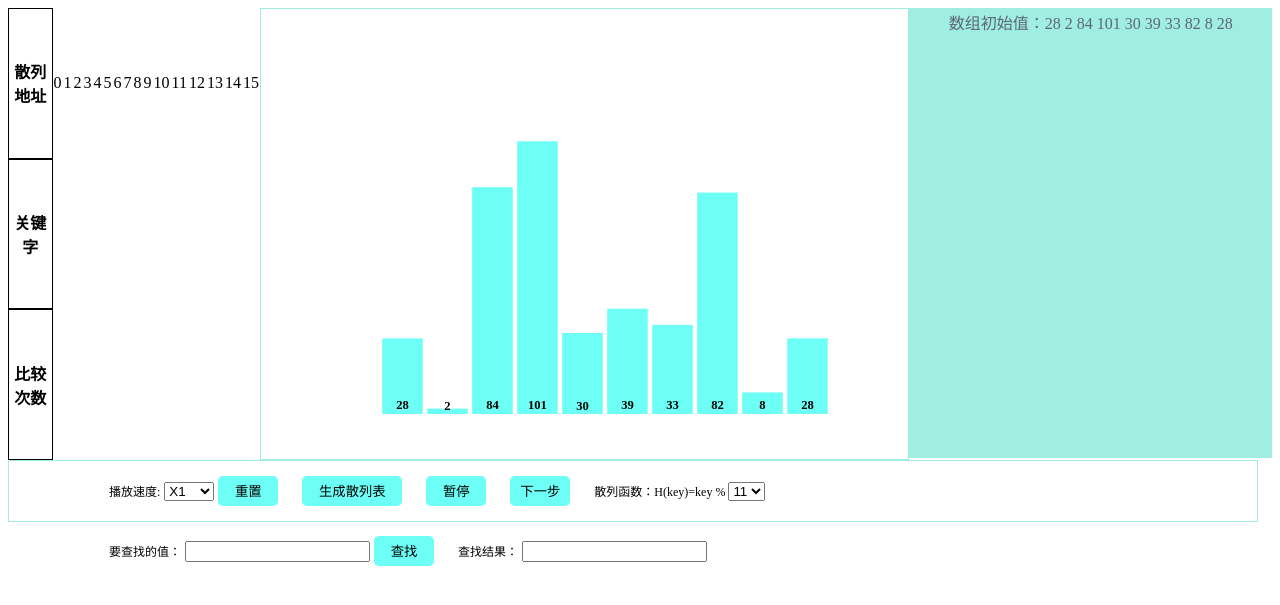
Repository: aaa615/Visualization-of-data-structure-algorithms
Page: dataStructure/WebContent/animation/search/hashSearch/hashSearch.html
The author's editor kept a copy of each file at every save. The page is drawn from the files as they stood at one save, then again after the next save.
The browser window is 1280 px wide. The pictures show the whole page.

Above is the page before, as saved 2021-05-20 04:32:24.

After the next save:
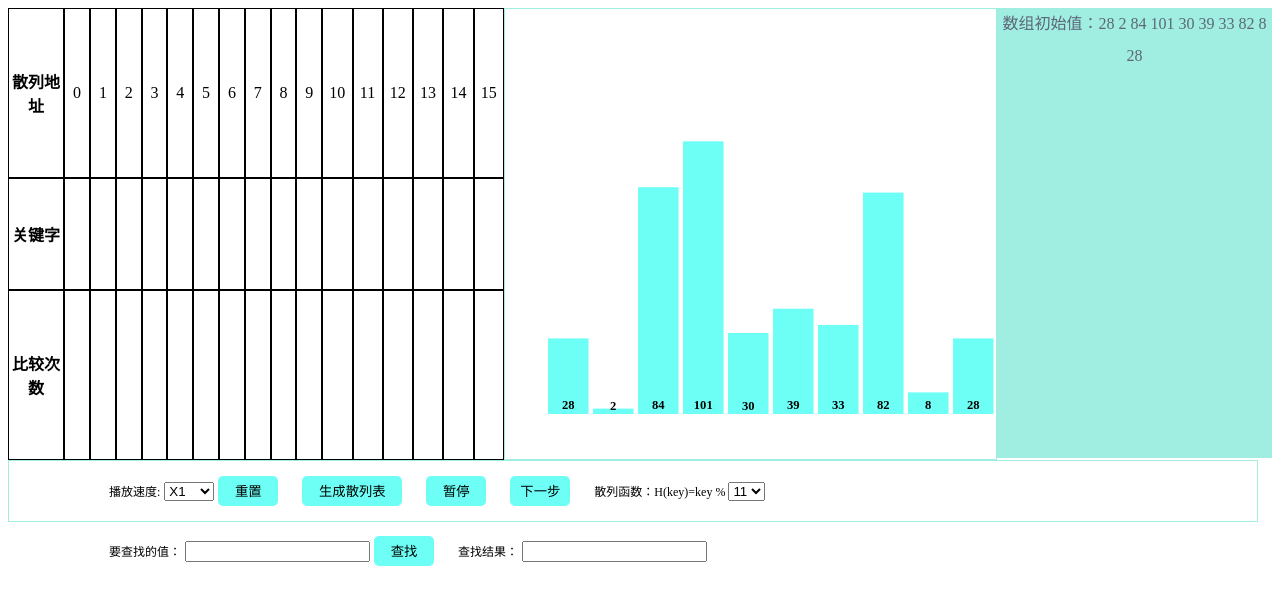
Saved 30 s later.
--- a/dataStructure/WebContent/animation/search/hashSearch/hashSearch.css
+++ b/dataStructure/WebContent/animation/search/hashSearch/hashSearch.css
@@ -4,6 +4,17 @@
     display: flex;
     display:-webkit-flex;
     justify-content: left;
+}
+
+.hash_table{
+    display: inline-block;
+    height: 100px;
+}
+
+td{
+    height: 30px;
+    width: 40px;
+    border: black solid 1px;
 }
 
 #canvas_svg{
